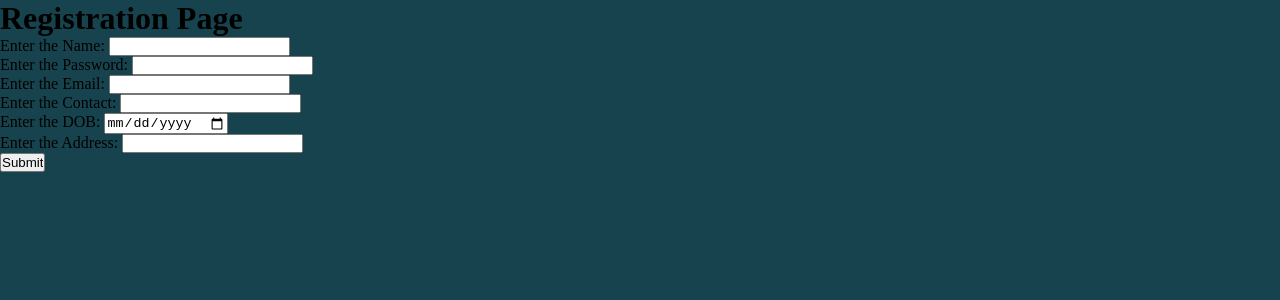
Repository: Pradeep4802/utopiatech
Page: eclipse-workspace/OwnServlet/src/main/webapp/Home.html
These files come from the project's save history. The page is drawn as it stood at one moment and after the next save; the edit follows.
The browser window is 1280 px wide. The pictures show the whole page.

Above is the page before, as saved 2023-10-09 09:56:16.

After the next save:
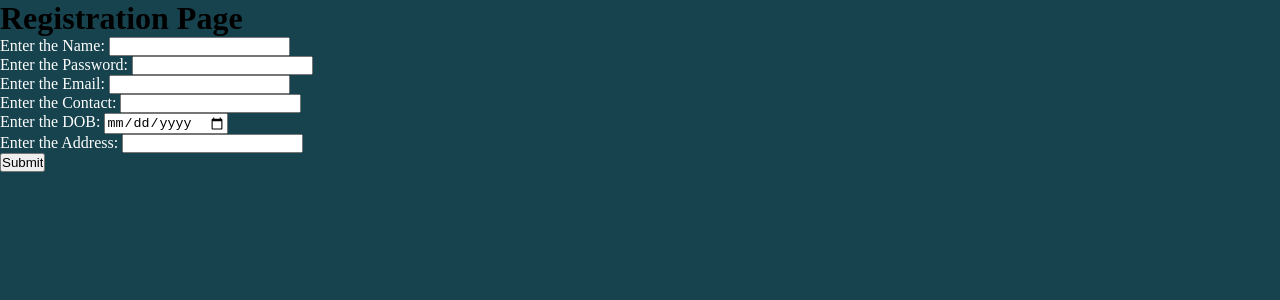
Saved 41 s later.
--- a/eclipse-workspace/OwnServlet/src/main/webapp/Home.html
+++ b/eclipse-workspace/OwnServlet/src/main/webapp/Home.html
@@ -12,6 +12,10 @@
 
 	body {
 		background: rgb(23,67,78);
+	}
+
+	label {
+		color: white;
 	}
 </style>
 </head>
